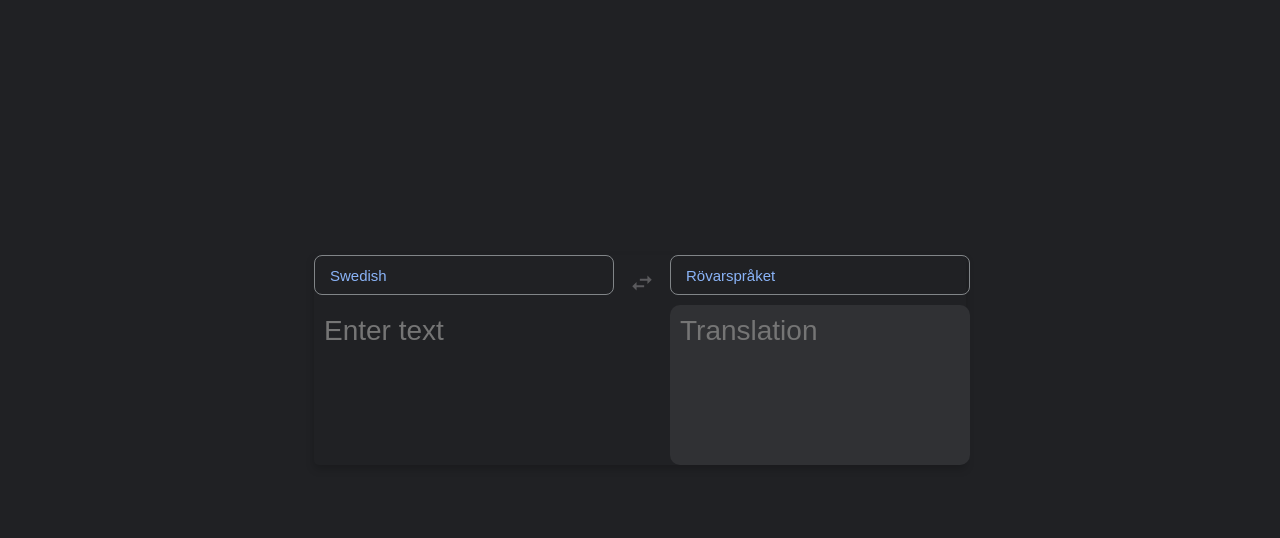
Repository: ShamroOoz/R-varspr-ket-Translator
Page: /
These files come from the project's save history. The page is drawn as it stood at one moment and after the next save; the edit follows.
The browser window is 1280 px wide. The pictures show the whole page.
The project was rebuilt for these pictures with package versions that can differ from the ones it lists, and the page was loaded fresh each time.

Above is the page before, as saved 2022-05-17 23:51:19.

### public/index.html
<!DOCTYPE html>
<html lang="en">
  <head>
    <meta charset="utf-8" />
    <link rel="icon" href="%PUBLIC_URL%/favicon.ico" />
    <meta name="viewport" content="width=device-width, initial-scale=1" />
    <meta name="theme-color" content="#000000" />
    <meta
      name="description"
      content="Web site created using create-react-app"
    />
    <link rel="apple-touch-icon" href="%PUBLIC_URL%/logo192.png" />
    <!--
      manifest.json provides metadata used when your web app is installed on a
      user's mobile device or desktop. See https://developers.google.com/web/fundamentals/web-app-manifest/
    -->
    <link rel="manifest" href="%PUBLIC_URL%/manifest.json" />
    <!--
      Notice the use of %PUBLIC_URL% in the tags above.
      It will be replaced with the URL of the `public` folder during the build.
      Only files inside the `public` folder can be referenced from the HTML.

      Unlike "/favicon.ico" or "favicon.ico", "%PUBLIC_URL%/favicon.ico" will
      work correctly both with client-side routing and a non-root public URL.
      Learn how to configure a non-root public URL by running `npm run build`.
    -->
    <title>Översättare - Rövarspråket</title>
  </head>
  <body>
    <noscript>You need to enable JavaScript to run this app.</noscript>
    <div id="root"></div>
    <!--
      This HTML file is a template.
      If you open it directly in the browser, you will see an empty page.

      You can add webfonts, meta tags, or analytics to this file.
      The build step will place the bundled scripts into the <body> tag.

      To begin the development, run `npm start` or `yarn start`.
      To create a production bundle, use `npm run build` or `yarn build`.
    -->
  </body>
</html>

### src/index.css
* {
  font-family: arial, sans-serif;
}

body {
  margin: 0;
  background-color: #202124;
  display: flex;
  justify-content: center;
  height: 100vh;
  align-items: center;
}

.app {
  display: flex;
  width: 652px;
  height: 210px;
  box-shadow: 0 4px 8px 0 rgba(0, 0, 0, 0.2);
  transition: 0.3s;
  border-radius: 5px; /* 5px rounded corners */
}

.output,
.input {
  display: flex;
  flex-direction: column;
  width: 300px;
}

textarea {
  background-color: transparent;
  color: #bdc1c6;
  border: none;
  resize: none;
  padding: 10px;
  width: 280px !important;
  height: 146px;
  border-radius: 10px;
  outline: none;
  overflow: auto;
  font-size: 28px;
  margin-top: 10px;
}

.output textarea {
  background-color: #303134;
}

.arrow-container {
  padding: 15px;
  cursor: pointer;
}
.arrow-container svg:hover {
  fill: #fff;
}

.arrow-container svg {
  width: 26px;
  height: 26px;
  fill: #5a5a5d;
}

input {
  border: 1px solid #818588;
  border-radius: 8px;
  box-sizing: border-box;
  color: #bdc1c6;
  font-size: 14px;
  height: 40px;
  background-color: transparent;
  width: 100%;
}

.select-drop-down input {
  color: #8ab4f8;
  padding: 5px 15px;
  font-size: 15px;
}

.input .delete {
  position: relative;
  left: 260px;
  top: -110px;
  font-size: 50px;
  color: #bdc1c6;
  cursor: pointer;
}
.input .delete:hover {
  color: #8ab4f8;
}

### src/App.js
/* eslint-disable react/style-prop-object */
import { useState, useEffect, useMemo } from "react";
import TextBox from "./components/TextBox";
import Arrows from "./components/Arrows";

function App() {
  const [inputLanguage, setInputLanguage] = useState("Swedish");
  const [outputLanguage, setOutputLanguage] = useState("Rövarspråket");
  const [textToTranslate, setTextToTranslate] = useState("");
  const [translatedText, setTranslatedText] = useState("");

  useEffect(() => {
    if (textToTranslate) {
      setTranslatedText(
        outputLanguage === "Rövarspråket" ? encoded() : decoded()
      );
    }
    // eslint-disable-next-line react-hooks/exhaustive-deps
  }, [textToTranslate]);

  const encoded = useMemo(
    () => () => {
      let consonants = "BbCcDdFfGgHhJjKkLlMmNnPpQqRrSsTtVvWwXxYyZz";
      let new_word = [];
      for (let x of textToTranslate) {
        consonants.includes(x) ? new_word.push(x + "o" + x) : new_word.push(x);
      }
      return new_word.join("");
    },
    [textToTranslate]
  );

  const decoded = useMemo(
    () => () => {
      let consonants = "BbCcDdFfGgHhJjKkLlMmNnPpQqRrSsTtVvWwXxYyZz";
      let new_word = "";
      let index = 0;
      while (index < textToTranslate.length) {
        new_word += textToTranslate[index];
        consonants.includes(textToTranslate[index])
          ? (index += 3)
          : (index += 1);
      }
      return new_word;
    },
    [textToTranslate]
  );

  const handleClick = () => {
    setInputLanguage(outputLanguage);
    setOutputLanguage(inputLanguage);
    if (textToTranslate && translatedText) {
      setTextToTranslate(translatedText);
    }
  };

  return (
    <>
      <div className="app">
        <TextBox
          style="input"
          selectedLanguage={inputLanguage}
          setTextToTranslate={setTextToTranslate}
          textToTranslate={textToTranslate}
          setTranslatedText={setTranslatedText}
        />
        <div className="arrow-container" onClick={handleClick}>
          <Arrows />
        </div>
        <TextBox
          style="output"
          selectedLanguage={outputLanguage}
          translatedText={translatedText}
        />
      </div>
    </>
  );
}

export default App;

### src/components/TextBox.js
import SelectDropDown from "./SelectDropDown";

const TextBox = ({
  style,
  selectedLanguage,
  setTextToTranslate,
  textToTranslate,
  translatedText,
  setTranslatedText,
}) => {
  const handleClick = () => {
    setTextToTranslate("");
    setTranslatedText("");
  };
  return (
    <div className={style}>
      <SelectDropDown selectedLanguage={selectedLanguage} />
      <textarea
        disabled={style === "output"}
        className={style}
        placeholder={style === "input" ? "Enter text" : "Translation"}
        onChange={(e) => setTextToTranslate(e.target.value)}
        value={style === "input" ? textToTranslate : translatedText}
      />
      {style === "input" && textToTranslate && (
        <div className="delete" onClick={handleClick}>
          ˟
        </div>
      )}
    </div>
  );
};

export default TextBox;

### src/components/Arrows.js
const Arrows = () => {
  return (
    <svg
      focusable="false"
      xmlns="http://www.w3.org/2000/svg"
      viewBox="0 0 24 24"
    >
      <path d="M6.99 11L3 15l3.99 4v-3H14v-2H6.99v-3zM21 9l-3.99-4v3H10v2h7.01v3L21 9z"></path>
    </svg>
  );
};

export default Arrows;

### src/components/SelectDropDown.js
const SelectDropDown = ({ selectedLanguage }) => {
  return (
    <div className="select-drop-down">
      <input value={selectedLanguage} />
    </div>
  );
};

export default SelectDropDown;

Loaded but not shown: src/index.js (common file)

After the next save:
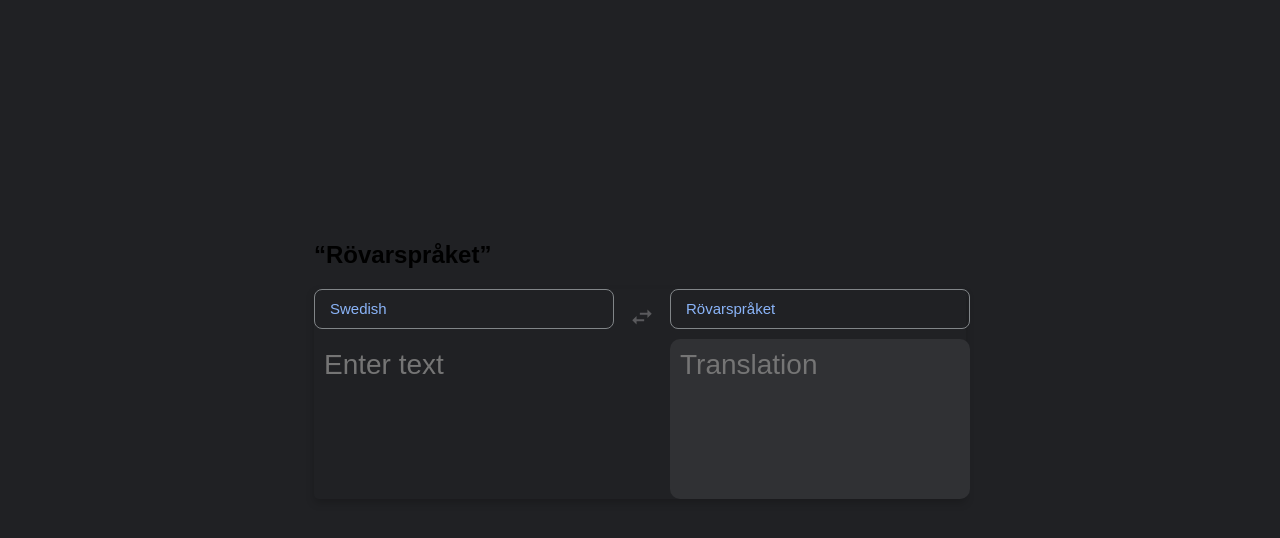
Saved 23 s later.
--- a/src/App.js
+++ b/src/App.js
@@ -56,6 +56,7 @@ function App() {
 
   return (
     <>
+      <h2>“Rövarspråket”</h2>
       <div className="app">
         <TextBox
           style="input"
